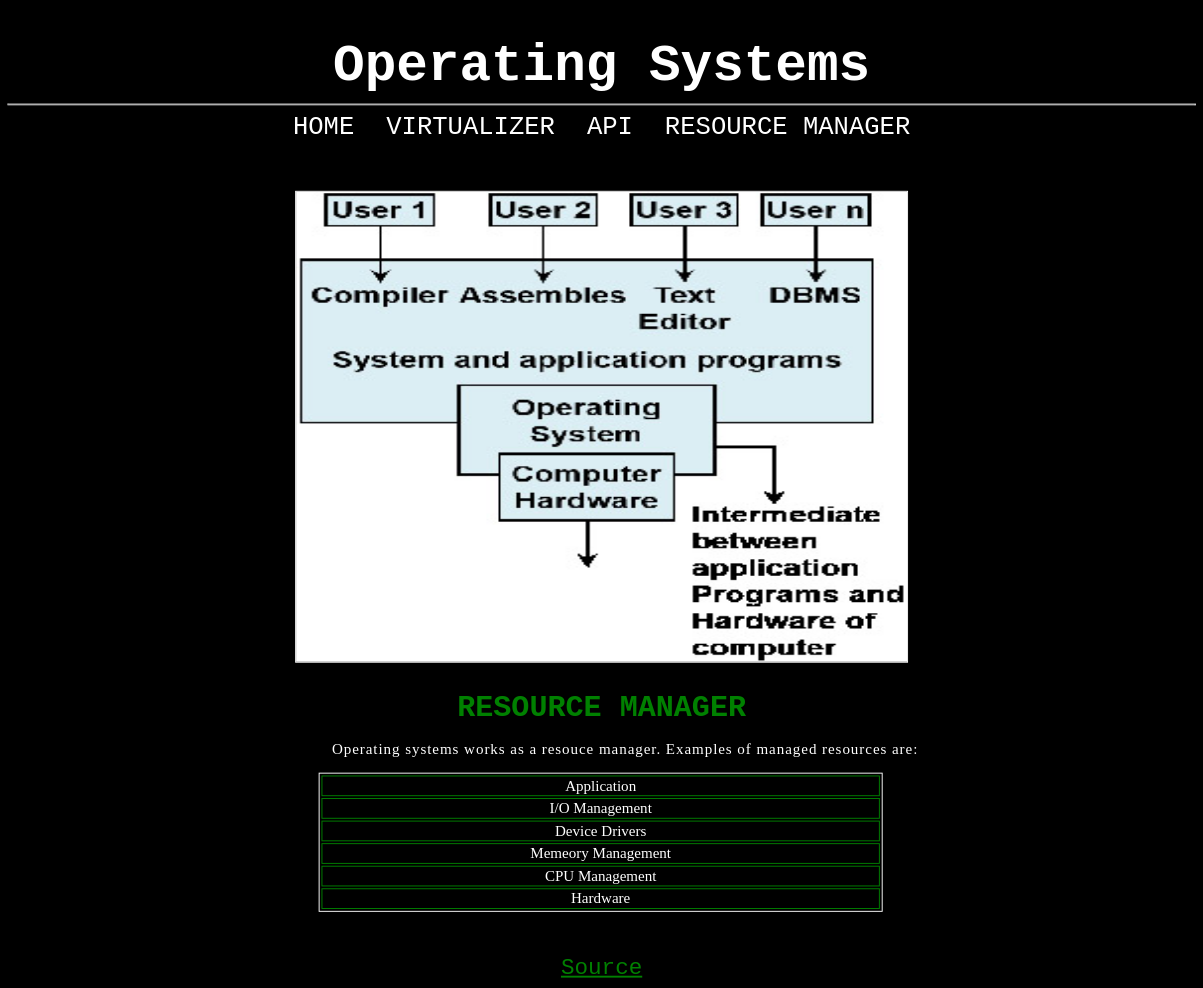
Repository: ctm93/web2
Page: http://localhost/page4.php
The author's editor kept a record of every edit. The page is drawn from the files as they stood at one moment, then again after the next edit.
The browser window is 1280 px wide. The pictures show the whole page, at 94% of full size.
Some web fonts or font styles are not loaded; a fallback is used. The page is run by PHP 8.4 with error messages shown; the project is at /var/www/html/.

Above is the page before.

### page4.php

<!DOCTYPE html>
<html>
    <head>
        <meta charset="utf-8">
        <title>Operating Systems</title>
        <link  href="css/style.css" rel="stylesheet">
        <link href="https://fonts.googleapis.com/css?family=Pacific" rel="stylesheet">
    </head>
    <body>
        <header>
           <h1> Operating Systems </h1>
        </header><hr />
        <nav>
            <a href="page1.html">HOME</a>
            <a href="page2.html">VIRTUALIZER</a>
            <a href="page3.html">API</a>
            <a href="page4.html">RESOURCE MANAGER</a>
        </nav>
         <br /><br />



         <main>
            <div>


            <figure>
                <img id="page1pic" src="img/rs.jpg" alt="Picture of resource" width="100" height="500">
            </figure>


                <h2>RESOURCE MANAGER</h2>

                <p class ="p2">Operating systems works as a resouce manager. Examples of managed resources are:</p>

            <p class ="p3">
                <table>
                      <tr><td>Application</td></tr>
                      <tr><td>I/O Management</td></tr>
                      <tr><td>Device Drivers</td></tr>
                      <tr><td>Memeory Management</td></tr>
                      <tr><td>CPU Management</td></tr>
                      <tr><td>Hardware</td></tr>
                </table>
                </p>





            </div>
        </main>




        <footer>

            <a href="http://cdn.wagmob.com/subject/G126/html/operating00system00overview_1.html">Source</a>

        </footer>
    </body>

     </html>

### css/style.css

    body {
        background-color: black;
        color: white;
        text-align: left;
    }

    header, main, nav, footer {
        text-align: center;
    }

    nav a {
        padding:15px;
        padding-bottom:4px;
        font-size: 1.7em;
        color: white;
        text-decoration: none;
    }

    nav a:hover {  /*pseudo class*/

         color: green;
         transition: .9s;
    }

    main {
        display: flex;
        justify-content: center;
    }

    div {
          text-align: center;
        }

    p {
      text-indent: 50px;
      text-align: center;
      letter-spacing: 1px;
    }

    .p1 {
      text-indent: 110px;
      text-align: center;
      letter-spacing: 1px;
    }

        p2 {
      text-indent: 110px;
      text-align: center;
      letter-spacing: 1px;
    }


    ul {
        width:500px;
        margin: 0 auto;
        text-align: left;
        }

    .hobby {
        color: green;
        }

    h1{
        font-family: "Courier New", Courier, monospace;
        font-size: 3.5em;
        margin-bottom: 0px;
        }

    h2{
        font-family: "Courier New", Courier, monospace;
        font-size: 2em;
        margin-bottom: 0px;
        color: green;
        }

    h3{
        font-family: "Courier New", Courier, monospace;
        font-size: 1.5em;
        margin-bottom: 45px;
    }

    table {
          table-layout: fixed;
          width: 600px;
          border: 1px solid white;
          margin-left: 65px;

        }

    td {
          border: 1px solid green;
          overflow: hidden;
          white-space: nowrap;
          text-overflow: ellipsis;
        }

    img {
           width:650px;
           border:1px solid white;
        }

    a{
        padding:15px;
        padding-bottom:4px;
        font-size: 1.5em;
        color: green;
        font-family: "Courier New", Courier, monospace;
        text-decoration: underline;
    }

    a:hover {  /*pseudo class*/

         color: white;
         transition: .9s;
    }

    footer{
        margin-top: 30px;
    }

      p3 {
      text-indent: 0px;
      text-align: center;
      letter-spacing: 1px;
    }

After the next edit:
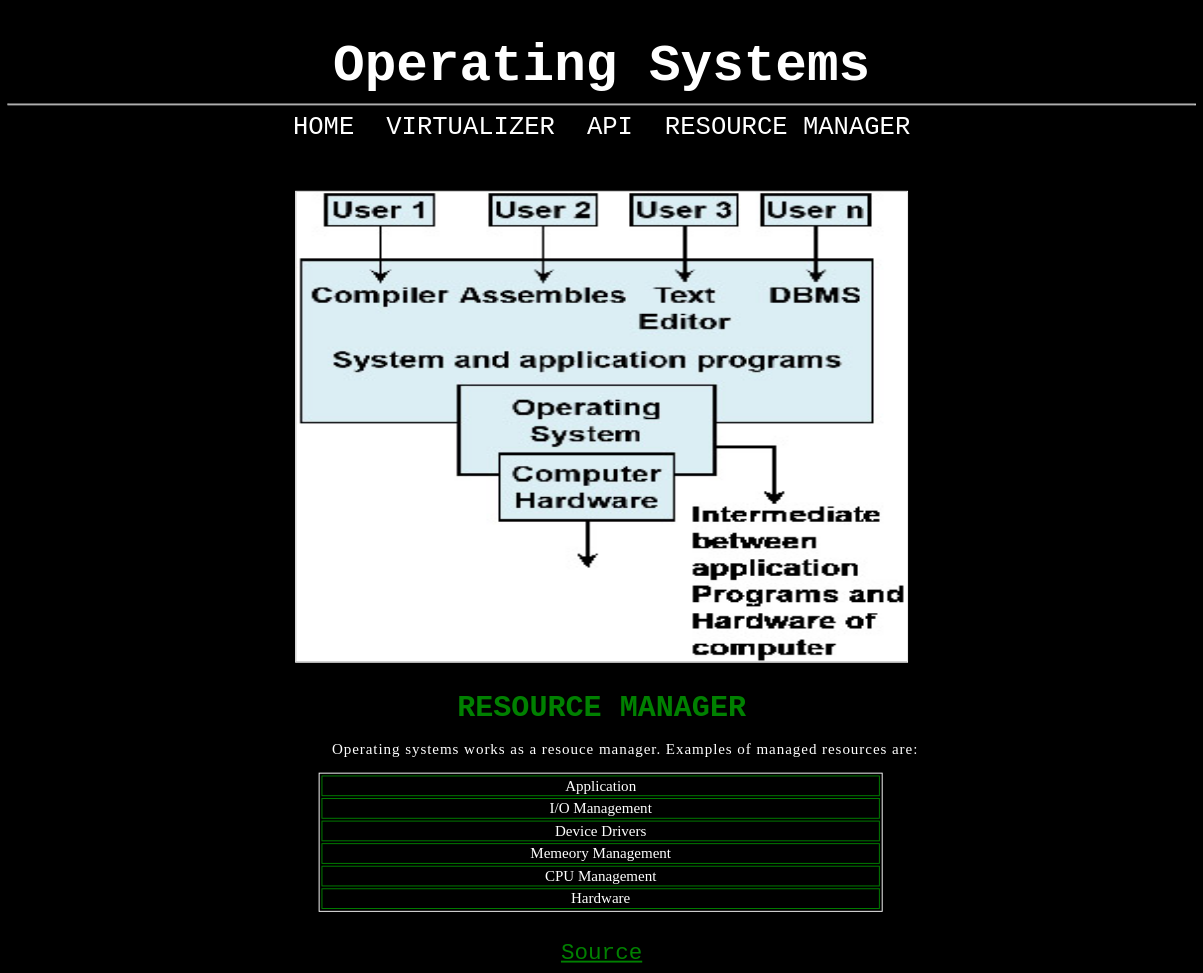
The edit:
--- a/page4.php
+++ b/page4.php
@@ -43,7 +43,7 @@
                       <tr><td>CPU Management</td></tr>
                       <tr><td>Hardware</td></tr>
                 </table>
-                </p>
+
 
 
 
